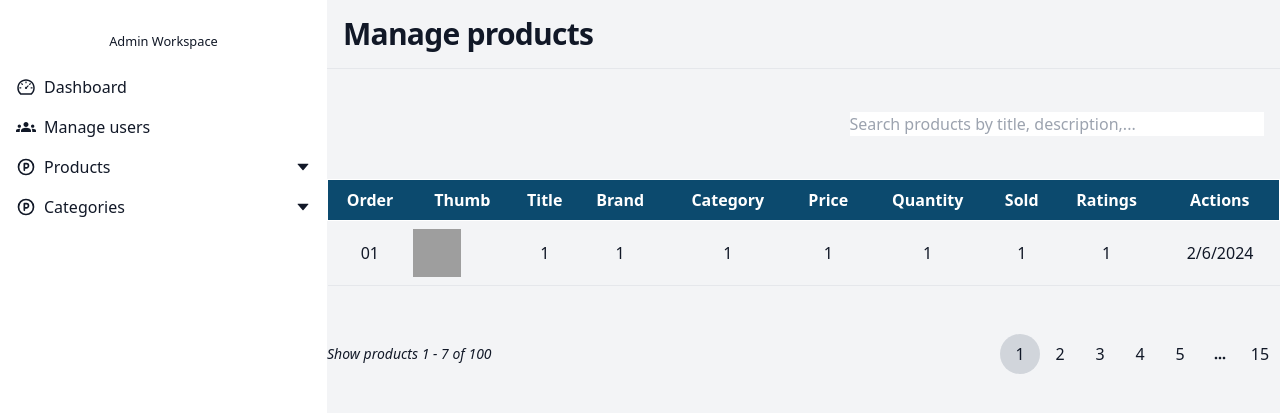
Repository: QuanggDat/Ecommerce_Rookie_NashTech
Page: /admin/manage-products (app in Ecommerce_Rookie_NashTech_AdminFrontend/admin_fe/)
The author's editor kept a copy of each file at every save. The page is drawn from the files as they stood at one save, then again after the next save.
The browser window is 1280 px wide. The pictures show the whole page.
Pictures or frames that could not be fetched are drawn as grey boxes. The page's requests for data from a server got no answer. The project was rebuilt for these pictures with package versions that can differ from the ones it lists, and the page was loaded fresh each time. Some packages were replaced by stand-ins written for this rebuild. No one was signed in, and anything a server would have sent is missing. Also part of the build but not shown: Ecommerce_Rookie_NashTech_AdminFrontend/admin_fe/src/pages/admin/Dashboard.js, Ecommerce_Rookie_NashTech_AdminFrontend/admin_fe/src/pages/admin/LoginScreen.js, Ecommerce_Rookie_NashTech_AdminFrontend/admin_fe/src/components/buttons/Button.js, Ecommerce_Rookie_NashTech_AdminFrontend/admin_fe/src/components/inputs/InputField.js, Ecommerce_Rookie_NashTech_AdminFrontend/admin_fe/src/pages/public/Login.js, Ecommerce_Rookie_NashTech_AdminFrontend/admin_fe/src/pages/public/FinalRegister.js, Ecommerce_Rookie_NashTech_AdminFrontend/admin_fe/src/pages/public/ResetPassword.js, Ecommerce_Rookie_NashTech_AdminFrontend/admin_fe/src/App.css.

Above is the page before, as saved 2024-06-02 22:44:53.

After the next save:
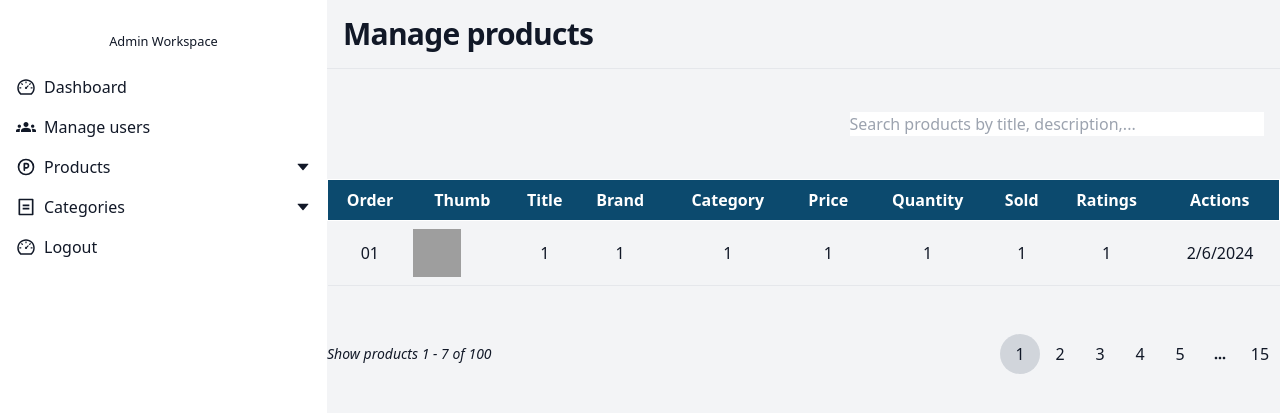
Saved 2 min 5 s later.
--- a/Ecommerce_Rookie_NashTech_AdminFrontend/admin_fe/src/utils/constants.js
+++ b/Ecommerce_Rookie_NashTech_AdminFrontend/admin_fe/src/utils/constants.js
@@ -37,7 +37,7 @@ export const adminSidebar = [
       id: 4,
       type: "PARENT",
       text: "Categories",
-      icon: <TbBrandProducthunt size={20} />,
+      icon: <RiBillLine size={20} />,
       submenu: [
         {
           text: "Create category",
@@ -48,5 +48,12 @@ export const adminSidebar = [
           path: `/${path.ADMIN}/${path.MANAGE_CATEGORIES}`,
         },
       ],
-    }
+    },
+    {
+      id: 5,
+      type: "SINGLE",
+      text: "Logout",
+      path: `/${path.LOGIN}`,
+      icon: <AiOutlineDashboard size={20} />,
+    },
   ]
